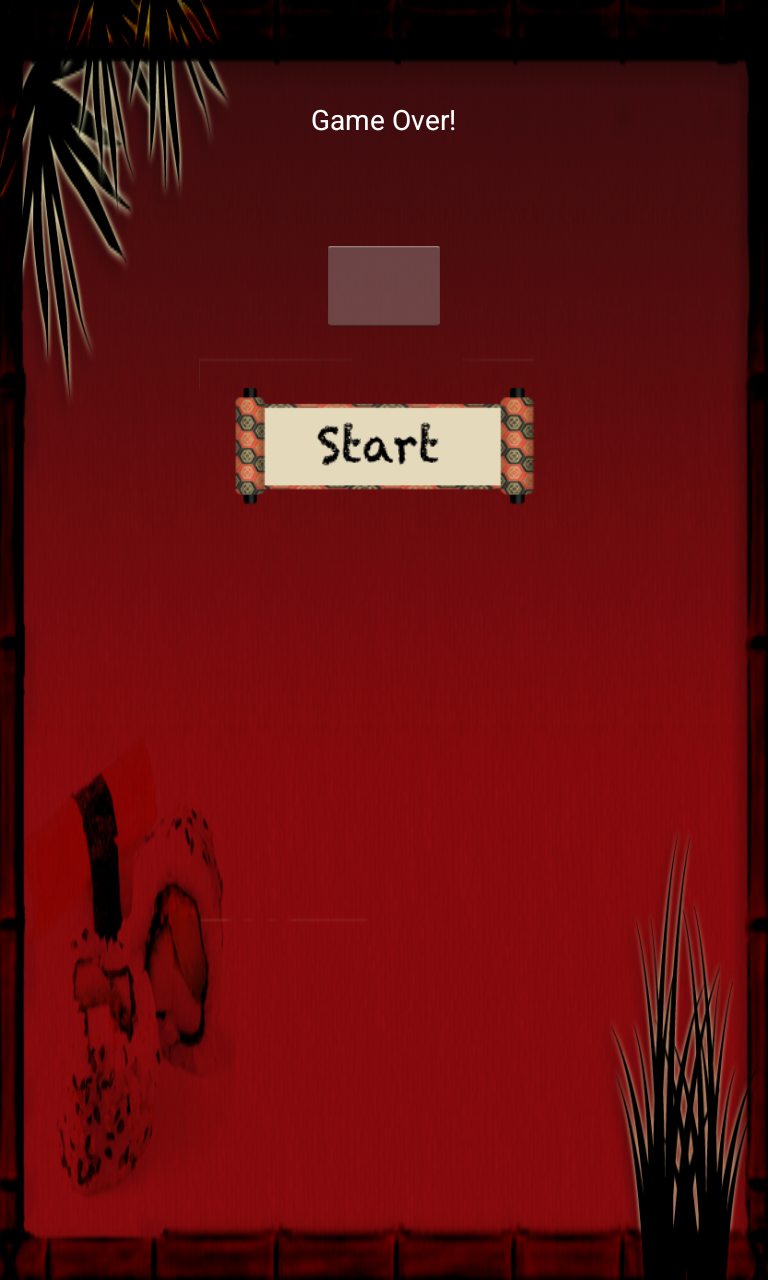
Repository: Kreispy/Sushi-Samurai
Layout: SushiNinja/res/layout/end.xml
The author's editor kept a copy of each file at every save. The layout is drawn from the files as they stood at one save, then again after a run of saves.
It is drawn on a 768 x 1280 px phone screen (xhdpi) without system bars, with theme AppTheme; the app's code is not run.

Above is the layout before, as saved 2013-04-27 06:03:10.

### SushiNinja/res/layout/end.xml
<?xml version="1.0" encoding="utf-8"?>
<RelativeLayout xmlns:android="http://schemas.android.com/apk/res/android"
    android:layout_width="match_parent"
    android:layout_height="match_parent"
    android:background="@drawable/background_red" >

        <TextView
            android:id="@+id/over"
            android:layout_width="wrap_content"
            android:layout_height="wrap_content"
            android:layout_centerHorizontal="true"
            android:layout_margin="50dp"
            android:text="@string/over"
            android:textColor="@color/white" />

	    <Button
	    android:id="@+id/restart"
	    android:layout_width="wrap_content"
	    android:layout_height="wrap_content"
	    android:onClick="onRestartClick"
	    android:layout_centerHorizontal="true"
    	android:layout_below="@id/over" />

	    <Button
	    android:id="@+id/end"
        android:layout_margin="25dp"
	    android:layout_width="wrap_content"
	    android:layout_height="wrap_content"
	    android:onClick="onEndClick"
  		android:layout_centerHorizontal="true"
    	android:layout_below="@id/restart"
    	android:background="@drawable/exitbutton"
    	 />


</RelativeLayout>

### SushiNinja/res/values/strings.xml
<?xml version="1.0" encoding="utf-8"?>
<resources>

    <string name="app_name">Sushi Ninja</string>
    <string name="hello_world">Hello world!</string>
    <string name="menu_settings">Settings</string>
    <string name="hello">Second Iteration</string>


    <string name="mode"><b>Please select optional game settings.</b></string>
    <string name="start">START</string>
    <string name="restart">Play Again!</string>
	<string name="end">GTFO!</string>
	<string name="over">Game Over!</string>

	<string name="fast">Fast</string>
	<string name="normal">Normal</string>
	<string name="slow">Slow</string>

	<string name="small">Small</string>
	<string name="medium">Medium</string>
	<string name="large">Large</string>

	<string name="slice">Slice the Sushi!</string>



	<string name="bigger">Bigger Sushi</string>
	<string name="smaller">Smaller Sushi</string>
	<color name="white">#FFFFFF</color>


</resources>

### SushiNinja/res/drawable-hdpi/exitbutton.xml
<?xml version="1.0" encoding="utf-8"?>
<selector xmlns:android="http://schemas.android.com/apk/res/android" >
       <item android:drawable="@drawable/start_button_focused"
          android:state_pressed="true" />
    <item android:drawable="@drawable/start_button_focused"
          android:state_focused="true" />
    <item android:drawable="@drawable/start_button_normal" />

</selector>

### SushiNinja/res/drawable-hdpi/playagainbutton.xml
<?xml version="1.0" encoding="utf-8"?>
<selector xmlns:android="http://schemas.android.com/apk/res/android" >
       <item android:drawable="@drawable/playagain_button_focused"
          android:state_pressed="true" />
    <item android:drawable="@drawable/playagain_button_focused"
          android:state_focused="true" />
    <item android:drawable="@drawable/playagain_button_normal" />

</selector>

Loaded but not shown: SushiNinja/res/values/styles.xml (common file); SushiNinja/res/values-v11/styles.xml (common file); SushiNinja/res/values-v14/styles.xml (common file)

After the next 3 saves:
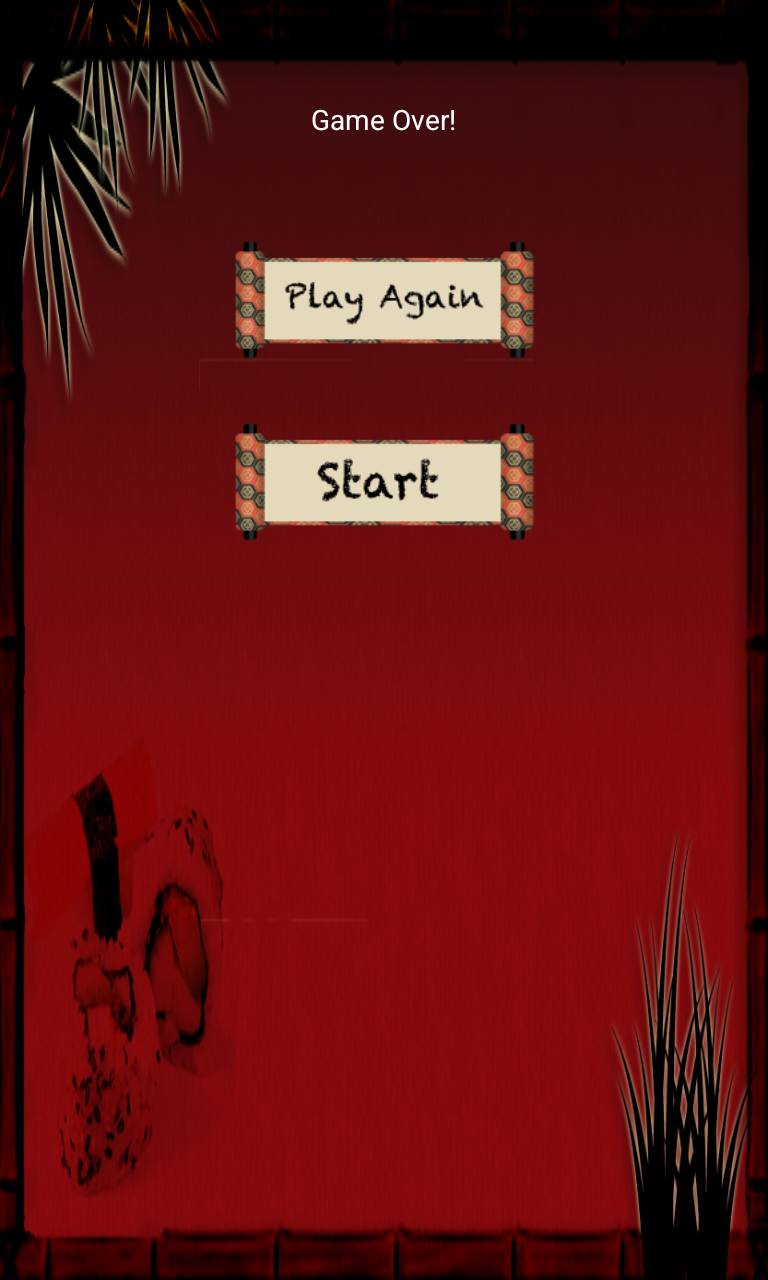
The 3 saves are shown as one change because 2 did not build or start.
The last was saved 25 s later.
--- a/SushiNinja/res/layout/end.xml
+++ b/SushiNinja/res/layout/end.xml
@@ -19,7 +19,8 @@
 	    android:layout_height="wrap_content"
 	    android:onClick="onRestartClick"
 	    android:layout_centerHorizontal="true"
-    	android:layout_below="@id/over" />
+    	android:layout_below="@id/over"
+    	android:background="@drawable/playagainbutton" />
 
 	    <Button
 	    android:id="@+id/end"
